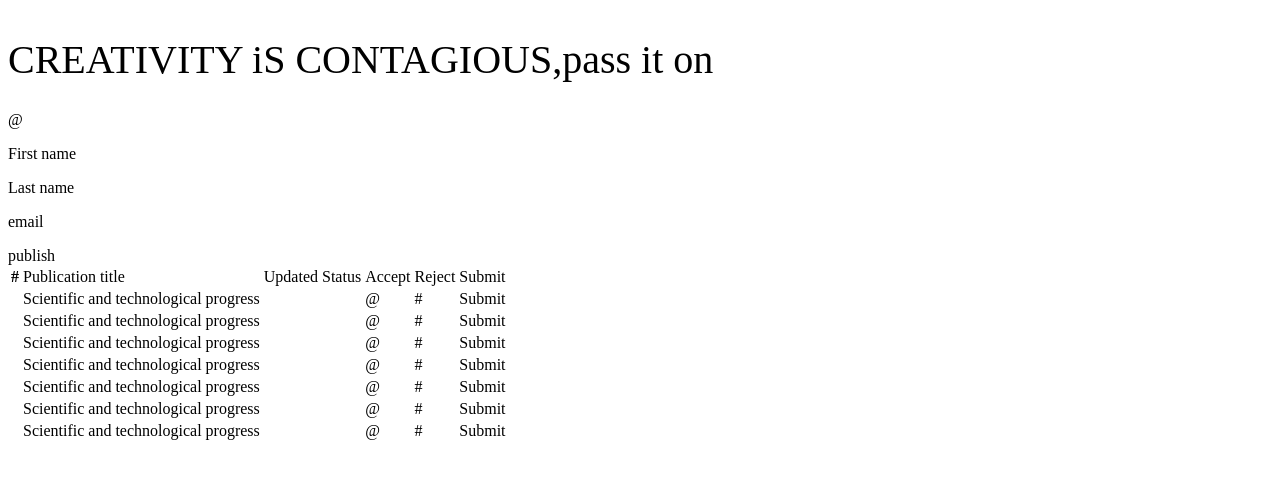
Repository: ceo-of-albeni/articles
Page: /
An editor plug-in stored every save of this project. The page is shown before and after the next save, followed by the edit.
The browser window is 1280 px wide. The pictures show the whole page.
The project was rebuilt for these pictures with package versions that can differ from the ones it lists, and the page was loaded fresh each time.

Above is the page before, as saved 2023-05-09 18:20:31.

After the next save:
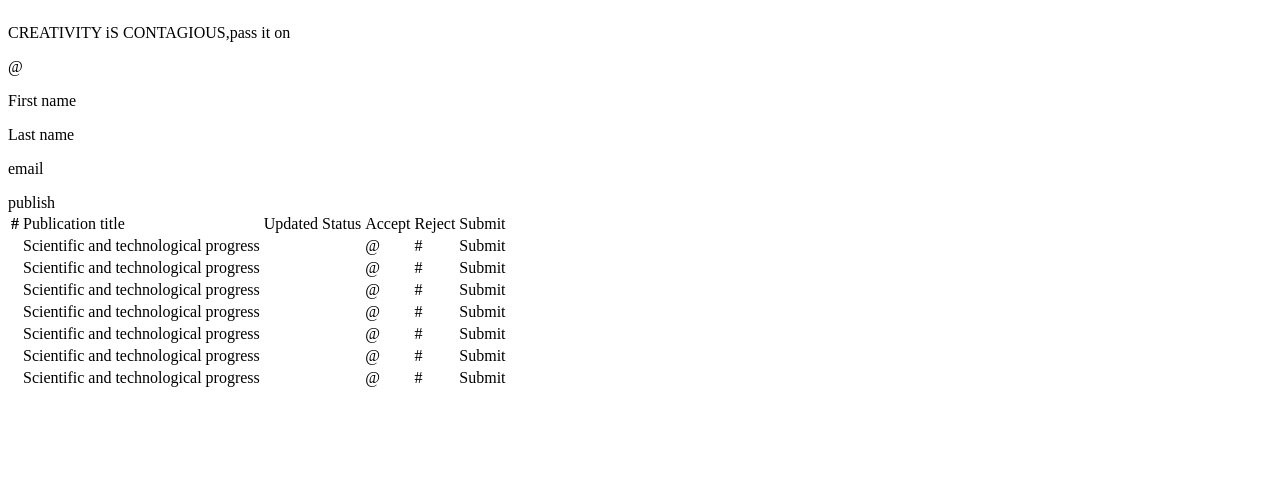
Saved 2 s later.
--- a/src/reviewer's profil/reviewer.css
+++ b/src/reviewer's profil/reviewer.css
@@ -1,7 +1,7 @@
 .reviewer_section .reviewer_thema {
   display: flex;
 }
-.reviewer_section .reviewer_thema p {
+.reviewer_section .reviewer_thema .upp {
   font-family: Esteban;
   font-size: 40px;
   font-weight: 400;
@@ -20,4 +20,4 @@
   line-height: 23px;
   letter-spacing: 0em;
   text-align: center;
-}/*# sourceMappingURL=reviewer_20230509181928.css.map */
+}/*# sourceMappingURL=reviewer_20230509182033.css.map */
